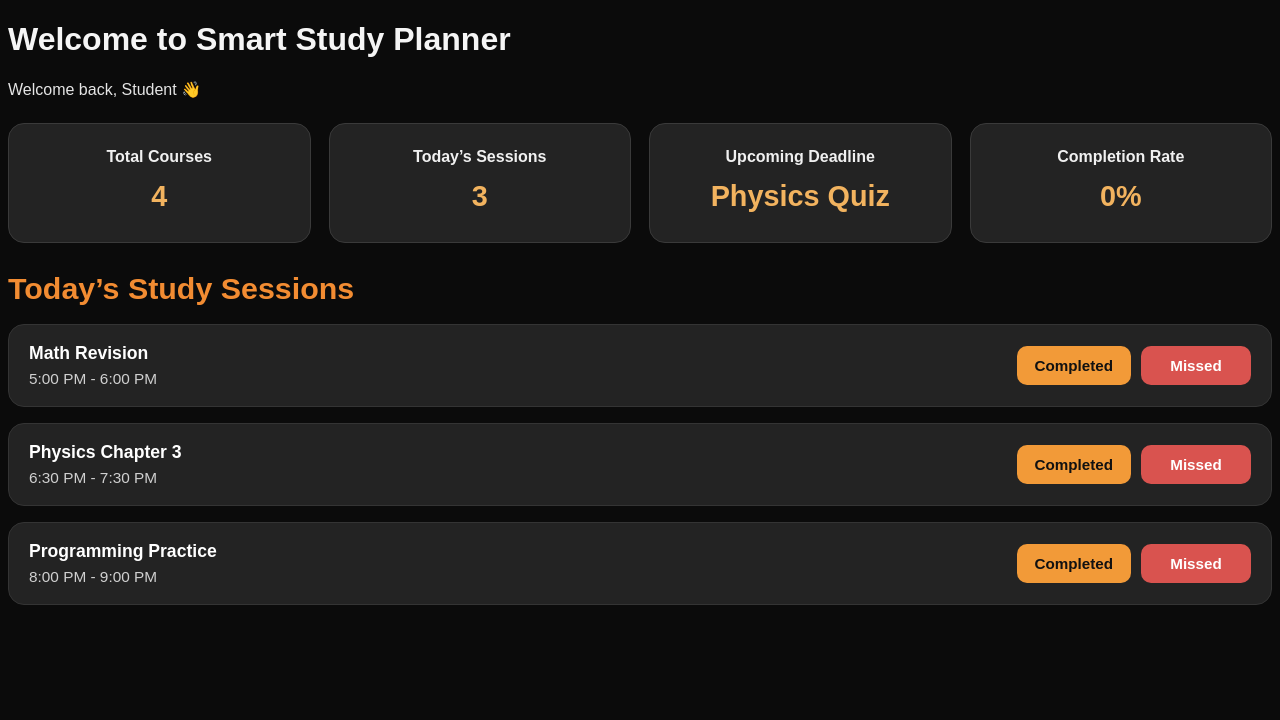
Repository: HaifaBaderBinDuhaim/web
Page: Frontend/dashboard.html
These files come from the project's save history. The page is drawn as it stood at one moment and after the next save; the edit follows.
The browser window is 1280 px wide. The pictures show the whole page.

Above is the page before, as saved 2026-04-09 19:55:57.

### Frontend/dashboard.html
<!doctype html>
<html lang="en">
  <head>
    <meta charset="UTF-8" />
    <meta name="viewport" content="width=device-width, initial-scale=1.0" />
    <title>Dashboard - Smart Study Planner</title>
    <link rel="stylesheet" href="style shams.css" />
  </head>
  <body class="dashboard-page">
    <div class="dashboard-wrapper">
      <div class="dashboard-container">
        <h1>Welcome to Smart Study Planner</h1>
        <p class="subtitle">
          Welcome back, <span id="studentName">Student</span> 👋
        </p>

        <div class="stats-grid">
          <div class="stats-card">
            <h3>Total Courses</h3>
            <p>4</p>
          </div>

          <div class="stats-card">
            <h3>Today’s Sessions</h3>
            <p id="sessionsCount">3</p>
          </div>

          <div class="stats-card">
            <h3>Upcoming Deadline</h3>
            <p>Physics Quiz</p>
          </div>

          <div class="stats-card">
            <h3>Completion Rate</h3>
            <p id="completionRate">0%</p>
          </div>
        </div>

        <h2>Today’s Study Sessions</h2>

        <div class="session-box">
          <div class="session-info">
            <strong>Math Revision</strong>
            <p>5:00 PM - 6:00 PM</p>
          </div>

          <div class="session-actions">
            <button class="session-btn" onclick="markCompleted(this)">
              Completed
            </button>
            <button class="missed-btn" onclick="markMissed(this)">
              Missed
            </button>
          </div>
        </div>

        <div class="session-box">
          <div class="session-info">
            <strong>Physics Chapter 3</strong>
            <p>6:30 PM - 7:30 PM</p>
          </div>

          <div class="session-actions">
            <button class="session-btn" onclick="markCompleted(this)">
              Completed
            </button>
            <button class="missed-btn" onclick="markMissed(this)">
              Missed
            </button>
          </div>
        </div>

        <div class="session-box">
          <div class="session-info">
            <strong>Programming Practice</strong>
            <p>8:00 PM - 9:00 PM</p>
          </div>

          <div class="session-actions">
            <button class="session-btn" onclick="markCompleted(this)">
              Completed
            </button>
            <button class="missed-btn" onclick="markMissed(this)">
              Missed
            </button>
          </div>
        </div>
      </div>
    </div>

    <script src="dashboard.js"></script>
  </body>
</html>

### Frontend/style shams.css

.body-sidebare {
  margin: 0;
}

.dashboard-layout {
  display: flex;
  min-height: 100vh;
  background-color: #0b0b0b;
  gap: 28px;
  padding: 30px;
  box-sizing: border-box;
}

/* ===== Sidebar ===== */
.sidebar {
  width: 270px;
  background: #171717;
  border-radius: 24px;
  padding: 28px 20px;
  box-sizing: border-box;
  border: 1px solid #232323;
  flex-shrink: 0;
  align-self: flex-start;
}

.sidebar .logo {
  display: flex;
  align-items: center;
  gap: 12px;
  margin-bottom: 32px;
}

.sidebar .logo i {
  color: #b48cff;
  width: 22px;
  height: 22px;
}

.sidebar .logo span {
  color: #f5f5f5;
  font-size: 1.1rem;
  font-weight: 700;
}

.sidebar .menu {
  display: flex;
  flex-direction: column;
  gap: 10px;
}

.sidebar .item {
  display: flex;
  align-items: center;
  gap: 12px;
  padding: 14px 14px;
  border-radius: 14px;
  transition: 0.25s ease;
}

.sidebar .item i {
  width: 18px;
  height: 18px;
  color: #f2f2f2;
}

.sidebar .link {
  color: #f2f2f2;
  text-decoration: none;
  font-size: 1rem;
  font-weight: 500;
}

/* hover */
.sidebar .item:hover {
  background-color: #242424;
}

/* active item */
.sidebar .item.active {
  background-color: #2a2a2a;
}

.sidebar .item.active i,
.sidebar .item.active .link {
  color: #ffffff;
}

/* ===== Main Area ===== */
.dashboard-wrapper {
  flex: 1;
  min-width: 0;
}

/* top card / page container */
.dashboard-page .dashboard-container,
.ai-page .container {
  width: 100%;
  max-width: none;
  margin: 0;
  background: transparent;
  border: none;
  box-shadow: none;
  padding: 0;
}

/* top title card */
.page-top-card {
  background: #171717;
  border: 1px solid #232323;
  border-radius: 24px;
  padding: 28px 28px;
  margin-bottom: 26px;
}

.page-top-card h1 {
  margin: 0;
  color: #f5f5f5;
  font-size: 2.2rem;
  font-weight: 700;
}

/* content card */
.page-content-card {
  background: #171717;
  border: 1px solid #232323;
  border-radius: 24px;
  padding: 28px;
  box-sizing: border-box;
}

/* =========================
   DASHBOARD
========================= */
.dashboard-page {
  background: #0b0b0b;
  color: #f5f5f5;
  font-family: Arial, sans-serif;
}

.dashboard-page .subtitle {
  margin: 0 0 24px;
  color: #e5e5e5;
  font-size: 1rem;
}

.dashboard-page h2 {
  margin: 0 0 18px;
  color: #f28c32;
  font-size: 1.9rem;
  font-weight: 700;
}

.dashboard-page .stats-grid {
  display: grid;
  grid-template-columns: repeat(4, 1fr);
  gap: 18px;
  margin-bottom: 28px;
}

.dashboard-page .stats-card {
  background: #232323;
  border: 1px solid #3a3a3a;
  border-radius: 16px;
  padding: 24px 18px;
  min-height: 120px;
  box-sizing: border-box;
  text-align: center;
}

.dashboard-page .stats-card h3 {
  margin: 0 0 14px;
  color: #f0f0f0;
  font-size: 1rem;
}

.dashboard-page .stats-card p {
  margin: 0;
  font-size: 1.8rem;
  font-weight: 700;
  color: #f2b35f;
}

.dashboard-page .session-box {
  background: #232323;
  border: 1px solid #343434;
  border-radius: 16px;
  padding: 18px 20px;
  margin-bottom: 16px;
  display: flex;
  justify-content: space-between;
  align-items: center;
  gap: 18px;
}

.dashboard-page .session-info strong {
  display: block;
  color: #ffffff;
  font-size: 1.1rem;
  margin-bottom: 6px;
}

.dashboard-page .session-info p {
  margin: 0;
  color: #d0d0d0;
  font-size: 0.96rem;
}

.dashboard-page .session-actions {
  display: flex;
  gap: 10px;
}

.dashboard-page .session-btn,
.dashboard-page .missed-btn {
  border: none;
  border-radius: 10px;
  padding: 11px 18px;
  font-size: 0.95rem;
  font-weight: 700;
  cursor: pointer;
  min-width: 110px;
  transition: 0.25s ease;
}

.dashboard-page .session-btn {
  background: #f29a38;
  color: #111111;
}

.dashboard-page .session-btn:hover {
  background: #ffab52;
}

.dashboard-page .missed-btn {
  background: #d9534f;
  color: #ffffff;
}

.dashboard-page .missed-btn:hover {
  background: #ee615c;
}

.dashboard-page .session-btn:disabled,
.dashboard-page .missed-btn:disabled {
  background: #5b5b5b;
  color: #e0e0e0;
  cursor: not-allowed;
}

/* =========================
   AI HELPER
========================= */
.ai-page {
  background: #0b0b0b;
  color: #f5f5f5;
  font-family: Arial, sans-serif;
}

.ai-page .subtitle {
  margin: 0 0 22px;
  color: #e0e0e0;
}

.ai-page label {
  display: block;
  margin-bottom: 10px;
  color: #f2f2f2;
  font-size: 1rem;
  font-weight: 700;
}

.ai-page textarea {
  width: 100%;
  min-height: 180px;
  background: #232323;
  border: 1px solid #3a3a3a;
  border-radius: 14px;
  color: #ffffff;
  padding: 14px;
  box-sizing: border-box;
  font-size: 1rem;
  outline: none;
  resize: vertical;
}

.ai-page textarea::placeholder {
  color: #9f9f9f;
}

.ai-page textarea:focus {
  border-color: #f28c32;
  box-shadow: 0 0 0 3px rgba(242, 140, 50, 0.14);
}

.ai-page button,
.ai-page .btn {
  border: none;
  border-radius: 10px;
  padding: 12px 18px;
  font-size: 0.96rem;
  font-weight: 700;
  cursor: pointer;
  transition: 0.25s ease;
}

.ai-page button {
  margin-top: 16px;
  background: #f29a38;
  color: #111111;
}

.ai-page button:hover {
  background: #ffab52;
}

.ai-page .ai-box {
  margin-top: 22px;
  background: #232323;
  border: 1px solid #3a3a3a;
  border-radius: 16px;
  padding: 20px;
  min-height: 120px;
  box-sizing: border-box;
  color: #f2f2f2;
  line-height: 1.7;
}

.ai-page .back-btn {
  display: inline-block;
  margin-top: 18px;
  background: #2c2c2c;
  color: #ffffff;
}

.ai-page .back-btn:hover {
  background: #3a3a3a;
}

/* =========================
   RESPONSIVE
========================= */
@media (max-width: 1100px) {
  .dashboard-page .stats-grid {
    grid-template-columns: repeat(2, 1fr);
  }
}

@media (max-width: 850px) {
  .dashboard-layout {
    flex-direction: column;
    padding: 18px;
  }

  .sidebar {
    width: 100%;
  }

  .dashboard-page .session-box {
    flex-direction: column;
    align-items: flex-start;
  }

  .dashboard-page .session-actions {
    width: 100%;
    flex-wrap: wrap;
  }
}

@media (max-width: 560px) {
  .dashboard-page .stats-grid {
    grid-template-columns: 1fr;
  }

  .dashboard-page .session-actions {
    flex-direction: column;
    width: 100%;
  }

  .dashboard-page .session-btn,
  .dashboard-page .missed-btn,
  .ai-page button,
  .ai-page .back-btn {
    width: 100%;
  }

  .page-top-card h1 {
    font-size: 1.7rem;
  }
}

### Frontend/dashboard.js
let completed = 0;
const total = 3;

window.onload = function () {
  updateRate();
};

function markCompleted(button) {
  if (button.disabled) return;

  const parent = button.closest(".session-actions");
  const missedBtn = parent.querySelector(".missed-btn");

  completed++;

  button.disabled = true;
  missedBtn.disabled = true;

  button.textContent = "Done";

  updateRate();
}

function markMissed(button) {
  if (button.disabled) return;

  const parent = button.closest(".session-actions");
  const completedBtn = parent.querySelector(".session-btn");

  button.disabled = true;
  completedBtn.disabled = true;

  button.textContent = "Missed";

  updateRate();
}

function updateRate() {
  const rate = Math.round((completed / total) * 100);
  document.getElementById("completionRate").textContent = rate + "%";
}

### Frontend/style.css
body {
    font-family: Arial, sans-serif;
    background: #f4f4f4;
}

.container {
    width: 350px;
    margin: 80px auto;
    background: #f4eaea;
    padding: 25px;
    border-radius: 10px;
    box-shadow: 0 0 10px #ccc;
}

input {
    width: 100%;
    padding: 10px;
    margin: 8px 0 15px;
}

button {
    width: 100%;
    padding: 10px;
    background: #4CAF50;
    color: white;
    border: none;
    cursor: pointer;
}
.menu {
    display: flex;
    flex-direction: column;
    gap: 15px;
    margin: 20px 0;
}

.logout-btn {
    background: #d9534f;
    color: white;
    padding: 10px;
    width: 100%;
    border: none;
    cursor: pointer;
    border-radius: 5px;
}
.day-box {
    background: #f9f9f9;
    padding: 15px;
    margin: 15px 0;
    border-radius: 8px;
    border: 1px solid #ddd;
}
.stats-box {
    background: #f9f9f9;
    padding: 20px;
    margin-top: 20px;
    border-radius: 8px;
    border: 1px solid #ddd;
    line-height: 1.8;
}
.ai-box {
    background: #f9f9f9;
    padding: 15px;
    margin-top: 15px;
    border-radius: 8px;
    border: 1px solid #ddd;
    min-height: 80px;

}

After the next save:
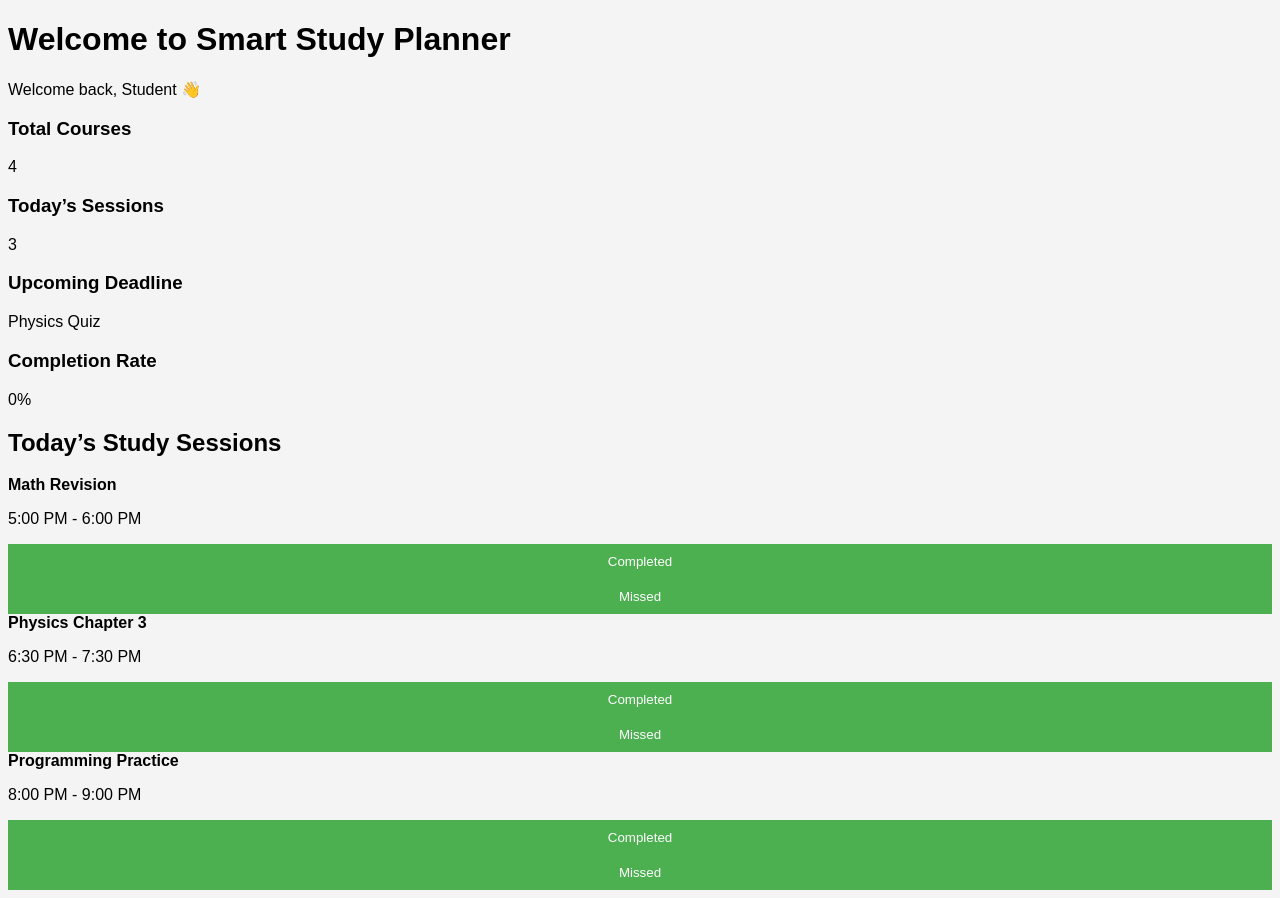
Saved 71 min 54 s later.
--- a/Frontend/dashboard.html
+++ b/Frontend/dashboard.html
@@ -4,7 +4,7 @@
     <meta charset="UTF-8" />
     <meta name="viewport" content="width=device-width, initial-scale=1.0" />
     <title>Dashboard - Smart Study Planner</title>
-    <link rel="stylesheet" href="style shams.css" />
+    <link rel="stylesheet" href="style.css" />
   </head>
   <body class="dashboard-page">
     <div class="dashboard-wrapper">

After the save that followed:
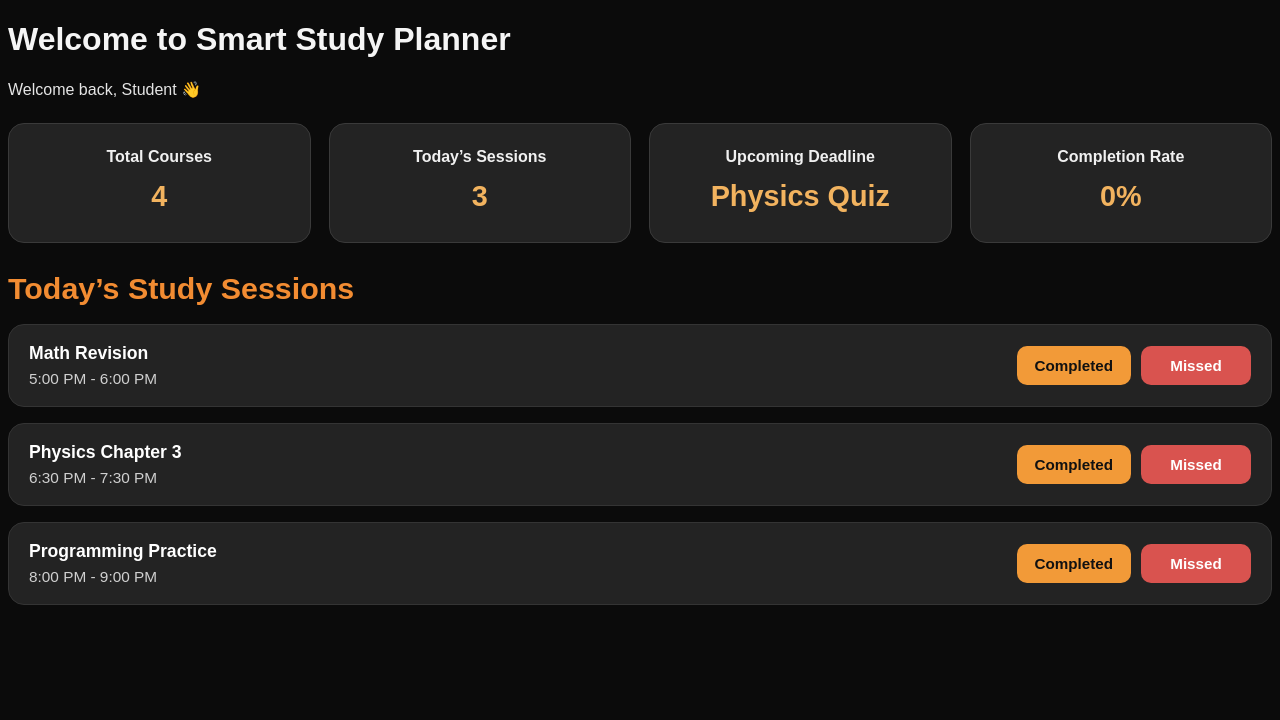
Saved 3 min 8 s later.
--- a/Frontend/dashboard.html
+++ b/Frontend/dashboard.html
@@ -4,7 +4,7 @@
     <meta charset="UTF-8" />
     <meta name="viewport" content="width=device-width, initial-scale=1.0" />
     <title>Dashboard - Smart Study Planner</title>
-    <link rel="stylesheet" href="style.css" />
+    <link rel="stylesheet" href="style shams.css" />
   </head>
   <body class="dashboard-page">
     <div class="dashboard-wrapper">
